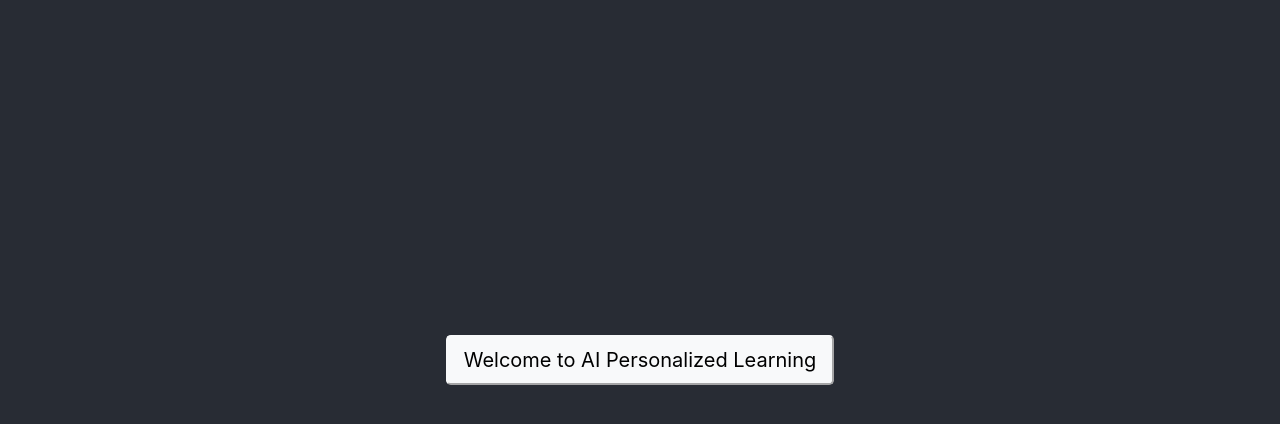
Repository: SP23-CSCE482/team_hunnid_app
Page: /
An editor plug-in stored every save of this project. The page is shown before and after the next save, followed by the edit.
The browser window is 1280 px wide. The pictures show the whole page.
The project was rebuilt for these pictures with package versions that can differ from the ones it lists, and the page was loaded fresh each time.

Above is the page before, as saved 2023-02-08 20:04:31.

### public/index.html
<!DOCTYPE html>
<html lang="en">
  <head>
    <meta charset="utf-8" />
    <link rel="icon" href="%PUBLIC_URL%/favicon.ico" />
    <meta name="viewport" content="width=device-width, initial-scale=1" />
    <meta name="theme-color" content="#000000" />
    <meta
      name="description"
      content="Web site created using create-react-app"
    />
    <link rel="apple-touch-icon" href="%PUBLIC_URL%/logo192.png" />
    <!--
      manifest.json provides metadata used when your web app is installed on a
      user's mobile device or desktop. See https://developers.google.com/web/fundamentals/web-app-manifest/
    -->
    <link rel="manifest" href="%PUBLIC_URL%/manifest.json" />
    <!--
      Notice the use of %PUBLIC_URL% in the tags above.
      It will be replaced with the URL of the `public` folder during the build.
      Only files inside the `public` folder can be referenced from the HTML.

      Unlike "/favicon.ico" or "favicon.ico", "%PUBLIC_URL%/favicon.ico" will
      work correctly both with client-side routing and a non-root public URL.
      Learn how to configure a non-root public URL by running `npm run build`.
    -->
    <title>React App</title>
    <link
      rel="stylesheet"
      href="https://cdn.jsdelivr.net/npm/bootstrap@5.1.3/dist/css/bootstrap.min.css"
      integrity="sha384-1BmE4kWBq78iYhFldvKuhfTAU6auU8tT94WrHftjDbrCEXSU1oBoqyl2QvZ6jIW3"
      crossorigin="anonymous"
    />
  </head>
  <body>
    <noscript>You need to enable JavaScript to run this app.</noscript>
    <div id="root"></div>
    <script
      src="https://cdn.jsdelivr.net/npm/bootstrap@5.1.3/dist/js/bootstrap.bundle.min.js"
      integrity="sha384-ka7Sk0Gln4gmtz2MlQnikT1wXgYsOg+OMhuP+IlRH9sENBO0LRn5q+8nbTov4+1p"
      crossorigin="anonymous"
    ></script>

    <!--
      This HTML file is a template.
      If you open it directly in the browser, you will see an empty page.

      You can add webfonts, meta tags, or analytics to this file.
      The build step will place the bundled scripts into the <body> tag.

      To begin the development, run `npm start` or `yarn start`.
      To create a production bundle, use `npm run build` or `yarn build`.
    -->
  </body>
</html>

### src/App.js
import logo from './logo.svg'
import './App.css'

function App() {
  return (
    <div className="App">
      <header className="App-header">
        <button type="button" class="btn-lg btn-light">
          Welcome to AI Personalized Learning
        </button>
      </header>
      {/* <header className="App-header">
        <img src={logo} className="App-logo" alt="logo" />
        <p>
          Edit <code>src/App.js</code> and save to reload.
        </p>
        <a
          className="App-link"
          href="https://reactjs.org"
          target="_blank"
          rel="noopener noreferrer"
        >
          Learn React
        </a>
      </header> */}
    </div>
  )
}

export default App

Loaded but not shown: src/index.js (common file); src/index.css (common file); src/reportWebVitals.js (common file); src/App.css (common file)

After the next save:
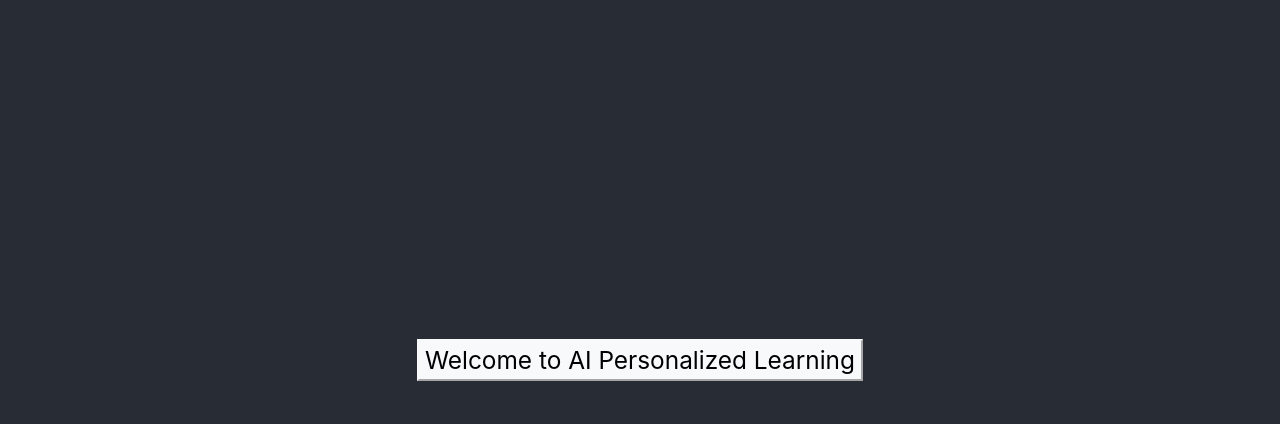
Saved 4 s later.
--- a/src/App.js
+++ b/src/App.js
@@ -5,7 +5,7 @@
   return (
     <div className="App">
       <header className="App-header">
-        <button type="button" class="btn-lg btn-light">
+        <button type="button" class="btn-xl btn-light">
           Welcome to AI Personalized Learning
         </button>
       </header>

After the save that followed:
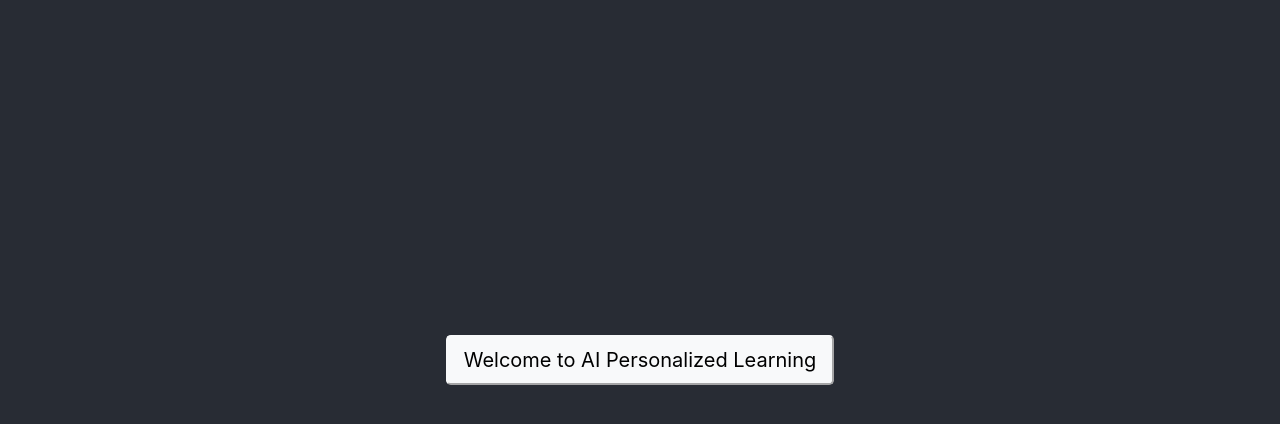
Saved 5 s later.
--- a/src/App.js
+++ b/src/App.js
@@ -5,7 +5,7 @@
   return (
     <div className="App">
       <header className="App-header">
-        <button type="button" class="btn-xl btn-light">
+        <button type="button" class="btn-lg btn-light">
           Welcome to AI Personalized Learning
         </button>
       </header>
